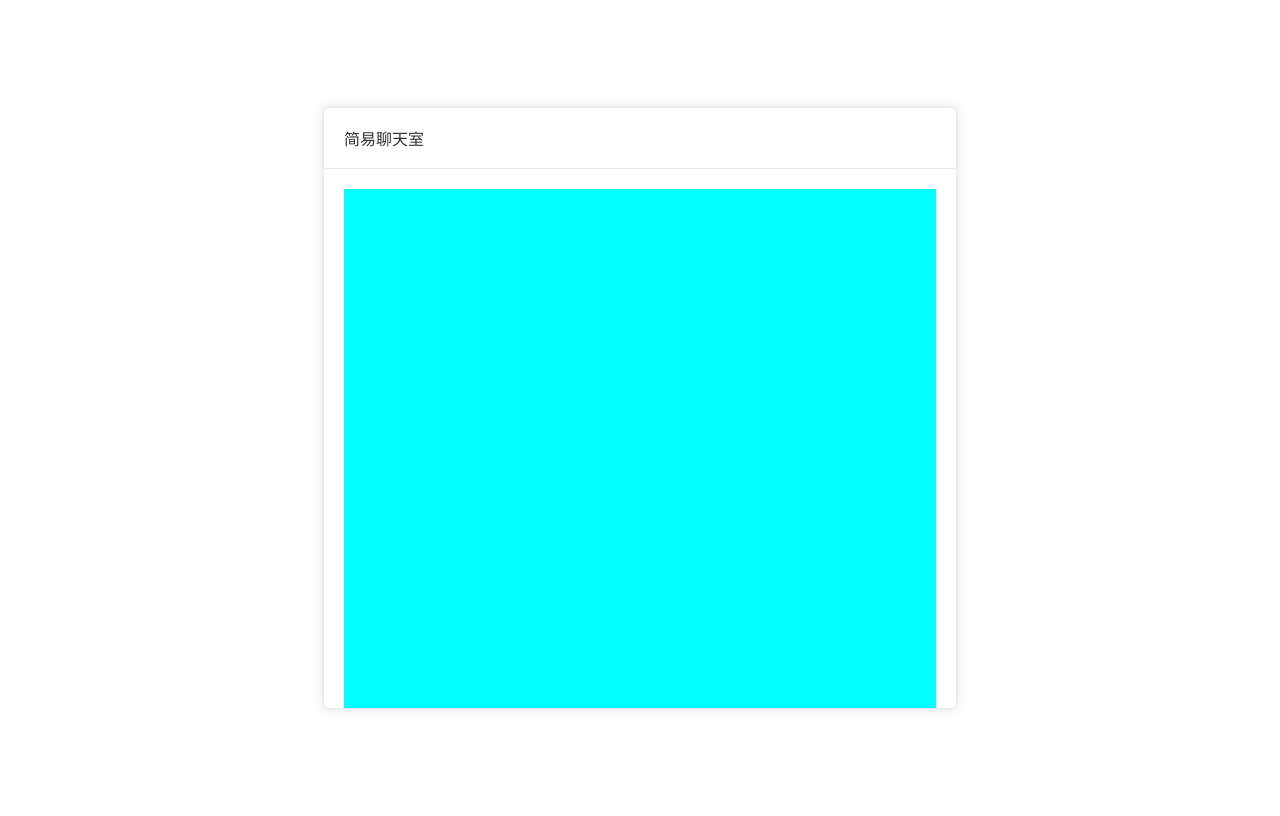
Repository: qs991/Elephant
Page: / (app in WebSocketApI/Web/websocketroom/)
The author's editor kept a copy of each file at every save. The page is drawn from the files as they stood at one save, then again after the next save.
The browser window is 1280 px wide. The pictures show the whole page.
The project was rebuilt for these pictures with package versions that can differ from the ones it lists, and the page was loaded fresh each time. Also part of the build but not shown: WebSocketApI/Web/websocketroom/vite.config.js.

Above is the page before, as saved 2023-08-25 15:27:03.

After the next save:
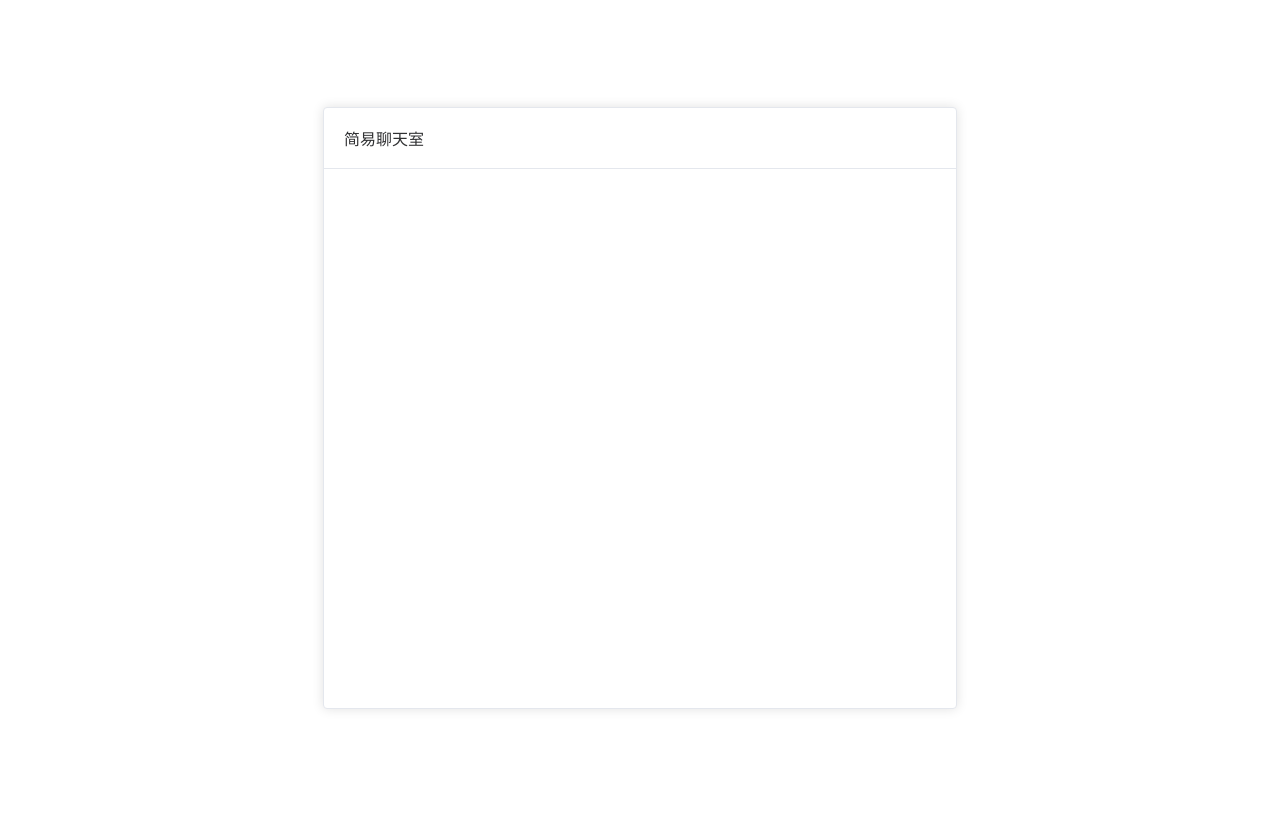
Saved 7 s later.
--- a/WebSocketApI/Web/websocketroom/src/App.vue
+++ b/WebSocketApI/Web/websocketroom/src/App.vue
@@ -41,6 +41,6 @@
 .messageTxt {
   width: 100%;
   height: 600px;
-  background-color: aqua;
+
 }
 </style>
